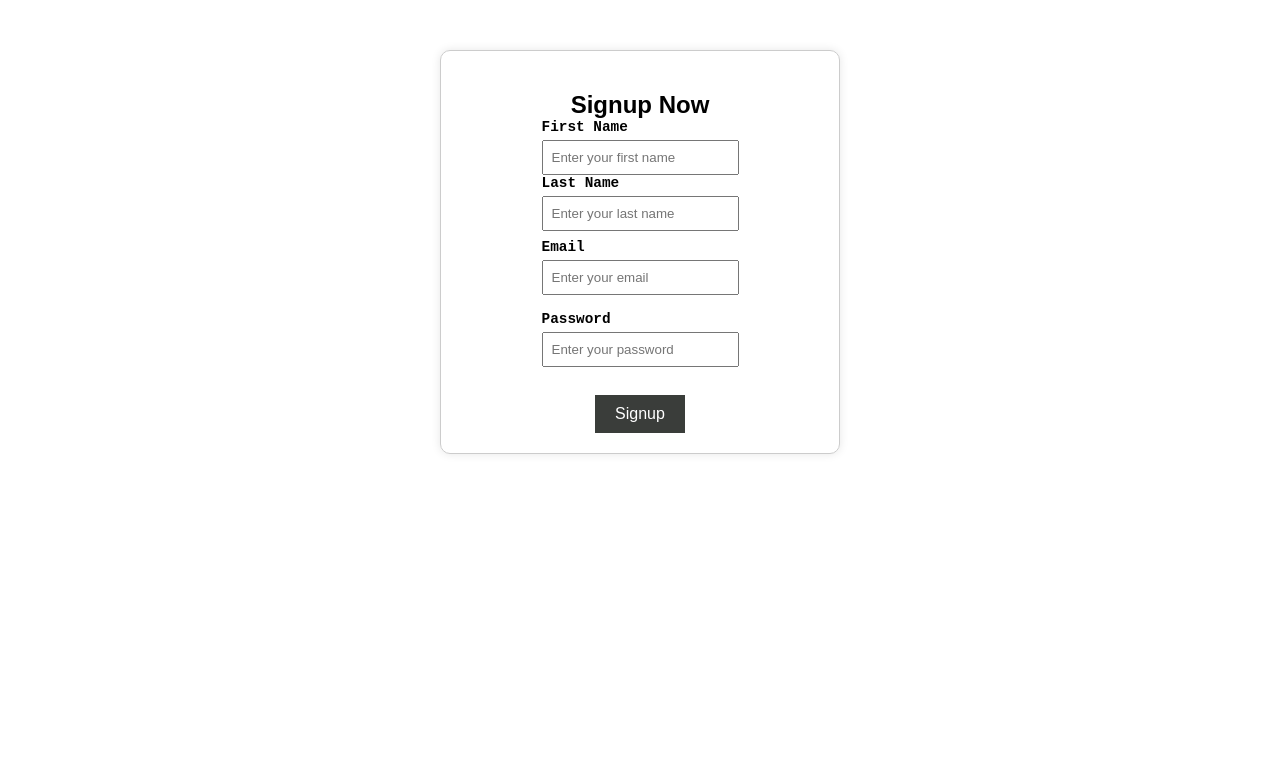
Repository: jkvekariya/Online-store-Management
Page: /auth/signup (app in frontend/client/)
The author's editor kept a copy of each file at every save. The page is drawn from the files as they stood at one save, then again after the next save.
The browser window is 1280 px wide. The pictures show the whole page.
The project was rebuilt for these pictures with package versions that can differ from the ones it lists, and the page was loaded fresh each time. Also part of the build but not shown: frontend/client/vite.config.js, frontend/client/src/css/header.css, frontend/client/src/css/sidebar.css, frontend/client/src/components/Sidebar.jsx, frontend/client/src/context/CartContext.jsx, frontend/client/src/components/Header.jsx, frontend/client/src/css/footer.css, frontend/client/src/components/Footer.jsx and 11 more.

Above is the page before, as saved 2026-01-02 13:28:18.

After the next save:
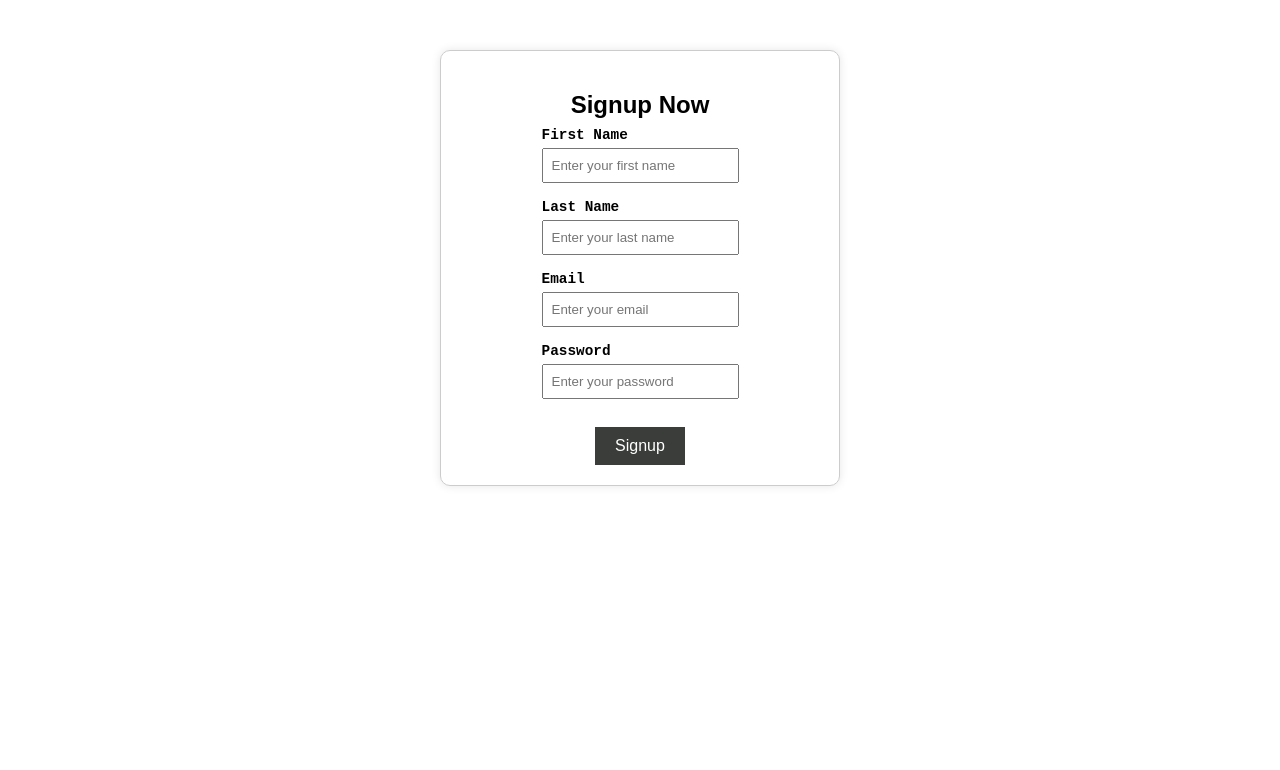
Saved 14 s later.
--- a/frontend/client/src/css/signup.css
+++ b/frontend/client/src/css/signup.css
@@ -21,7 +21,7 @@ label{
     /* margin-bottom: 5px; */
 }
 
-.main-container .email-box,.password-box{
+.main-container .email-box,.password-box,.first-name-box,.last-name-box{
  margin: 0.5rem 0;
 }
 
